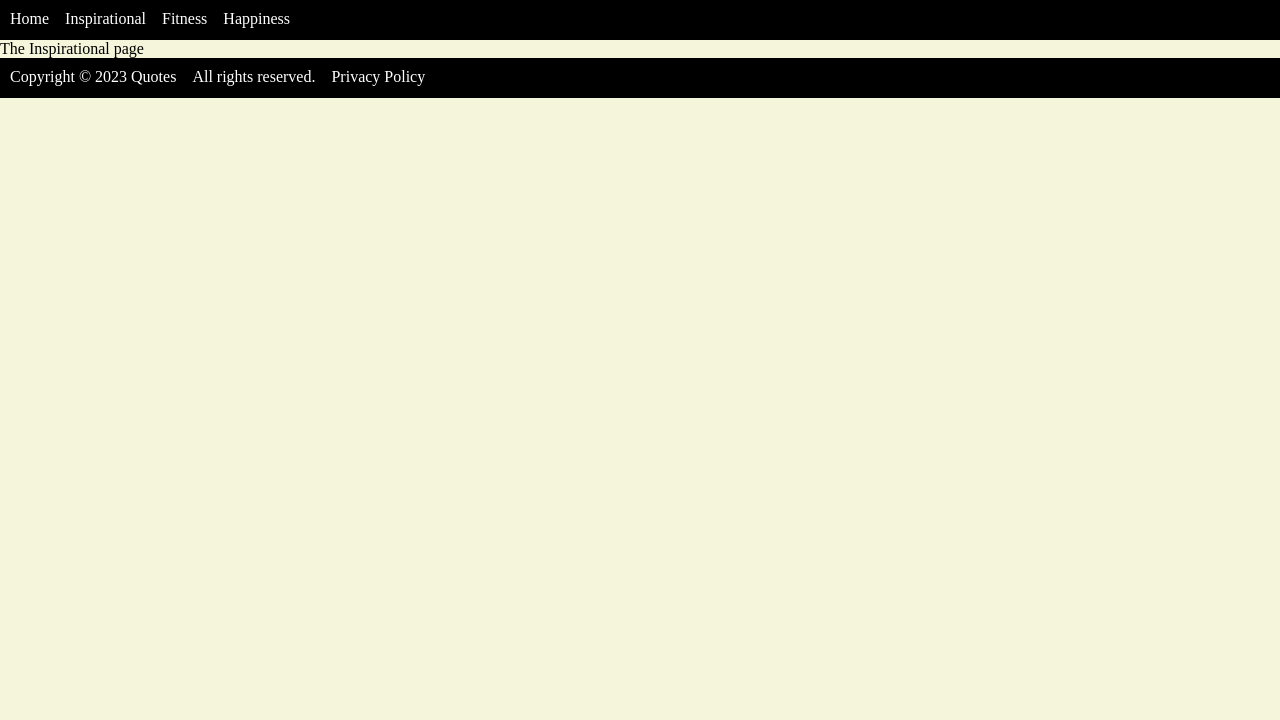
Repository: suraj-yadav7/quotes
Page: /inspiratinal
The author's editor kept a copy of each file at every save. The page is drawn from the files as they stood at one save, then again after the next save.
The browser window is 1280 px wide. The pictures show the whole page.
The project was rebuilt for these pictures with package versions that can differ from the ones it lists, and the page was loaded fresh each time. Also part of the build but not shown: vite.config.js, src/components/Home.jsx, src/styles/fitness.scss, src/components/Fitness.jsx, src/styles/happiness.scss, src/components/Happiness.jsx.

Above is the page before, as saved 2023-05-28 13:54:54.

### src/main.jsx
import React from 'react'
import ReactDOM from 'react-dom/client'
import App from './App.jsx'
import './index.css'
import { Provider } from 'react-redux'
import store from './store/store.jsx'

ReactDOM.createRoot(document.getElementById('root')).render(
  <Provider store={store}>
    <App />
  </Provider>,
)

### src/App.jsx
import React from 'react'
import './App.css'
import Home from './components/Home'
import Fitness from './components/Fitness'
import Inspirational from './components/Inspirational'
import Happiness from './components/Happiness'
import { BrowserRouter as Router, Routes, Route, Link } from 'react-router-dom'
import Navbar from './components/Navbar'
import Footer from './components/Footer'

function App() {

  return (
    <>
      <Router>
        <Navbar />
          <Routes>
            <Route exact path="/" element={<Home />} />
            <Route exact path="/fitness" element={<Fitness />} />
            <Route exact path="/inspiratinal" element={<Inspirational />} />
            <Route exact path="/happiness" element={<Happiness />} />
          </Routes>
         <Footer/>
      </Router>
    </>
  )
}

export default App

### src/store/store.jsx
import { configureStore } from "@reduxjs/toolkit";
import quoteSlice from "./slice/quoteSlice"

const store = configureStore({
    reducer:{
        quotes:quoteSlice
    }
})

export default store

### src/App.css

/* Navbar style */
.navbar{
    background-color: black;
    height: 2.5rem;
    width: 100%;
    >nav>ul{
        display: flex;
        flex-direction: row;
        gap: 1rem;
        padding: 10px;
        >.link{
            color:white;
            text-decoration:none;
            &:hover {
                color: rgb(212, 72, 16)
             }
        }
    }
}


/* footer styles */
.footer{
    background-color: black;
    height: 2.5rem;
    width: 100%;
    >ul{
        display: flex;
        flex-direction: row;
        gap: 1rem;
        padding: 10px;
        >li{
            color:white;
            text-decoration:none;
            list-style: none;
            &:hover {
                color: rgb(212, 72, 16)
             }
        }
    }
}

### src/components/Inspirational.jsx
import React from "react"

const Inspirational = ()=>{
    return(
        <>
        <div className="inspirational">
            <p>The Inspirational page</p>
        </div>

        </>


    )
}

export default Inspirational;

### src/components/Navbar.jsx
import React from 'react'
import { Link } from 'react-router-dom'

const Navbar = () => {
  return (
    <>
    <div className='navbar'>
        <nav>
            <ul>
                <Link to="/" className="link">Home</Link>
                <Link to="inspiratinal" className="link">Inspirational</Link>
                <Link to="/fitness" className="link">Fitness</Link>
                <Link to="/happiness" className="link">Happiness</Link>
            </ul>
        </nav>
    </div>
    </>
  )
}

export default Navbar

### src/components/Footer.jsx
import React from 'react'

const Footer = () => {
  return (
    <>
      <footer className='footer'>
        <ul>
          <li>Copyright © 2023 Quotes</li>
          <li>All rights reserved.</li>
          <li>Privacy Policy</li>
        </ul>
      </footer>
    </>
  )
}

export default Footer

### src/store/slice/quoteSlice.jsx
import { createSlice, createAsyncThunk } from "@reduxjs/toolkit";

export const fetchQuotes = createAsyncThunk("fetchQuotes",async(arg,{rejectWithValue})=>{
    let response = await fetch("https://api.api-ninjas.com/v1/quotes?category=fitness",{
        method:"GET",
        headers:{
            "X-Api-Key":"MKsow2F2MHISb5jV14oA+Q==nvH7KU0O50jgm60V",
            "content-type":"application/json"
        },
    })

    try{
        let apiData = await response.json()
        console.log("the apiData", apiData[0])
        return apiData[0]

    }
    catch(error){
        rejectWithValue(error)
    }
})


const quoteSlice = createSlice({
    name:"quoteSlice",
    initialState:{
        quoteData:[],
        loading:false,
        error:null
    },

    reducers:{

    },
    extraReducers:{
        [fetchQuotes.pending]:(state)=>{
            state.loading=true
        },
        [fetchQuotes.fulfilled]:(state,action)=>{
            state.quoteData=(action.payload)
            state.loading=false
        },
        [fetchQuotes.rejected]:(state,action)=>{
            state.error=action.payload
        },

    }
})

export default quoteSlice.reducer
export const {}=quoteSlice.actions

### src/styles/home.scss
body{
    color: black;
    background-color: beige;
}
.main{
    height: 92vh;
}

### src/styles/inspirational.scss
.inspirational{
    height: 92vh;
}

Loaded but not shown: index.html (common file); src/index.css (common file)

After the next save:
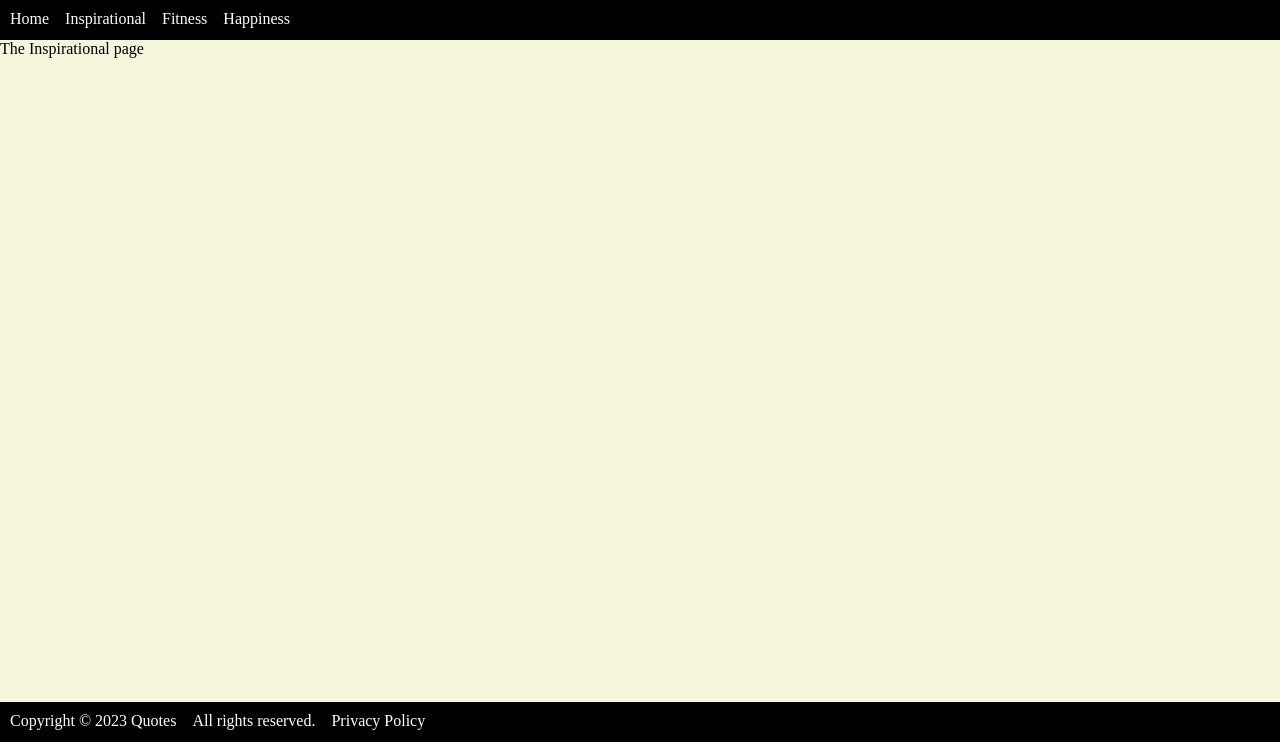
Saved 26 s later.
--- a/src/components/Inspirational.jsx
+++ b/src/components/Inspirational.jsx
@@ -1,4 +1,5 @@
 import React from "react"
+import "../styles/inspirational.scss"
 
 const Inspirational = ()=>{
     return(

After the save that followed:
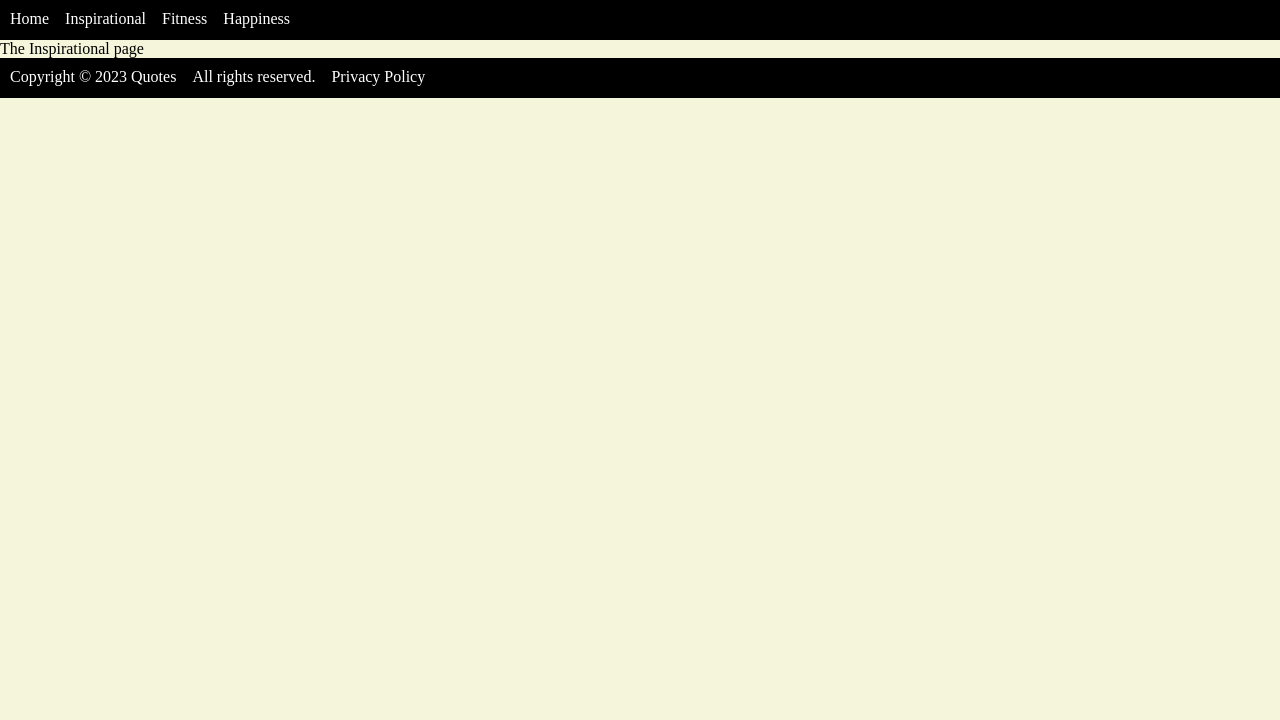
Saved 38 s later.
--- a/src/components/Inspirational.jsx
+++ b/src/components/Inspirational.jsx
@@ -1,5 +1,4 @@
 import React from "react"
-import "../styles/inspirational.scss"
 
 const Inspirational = ()=>{
     return(
